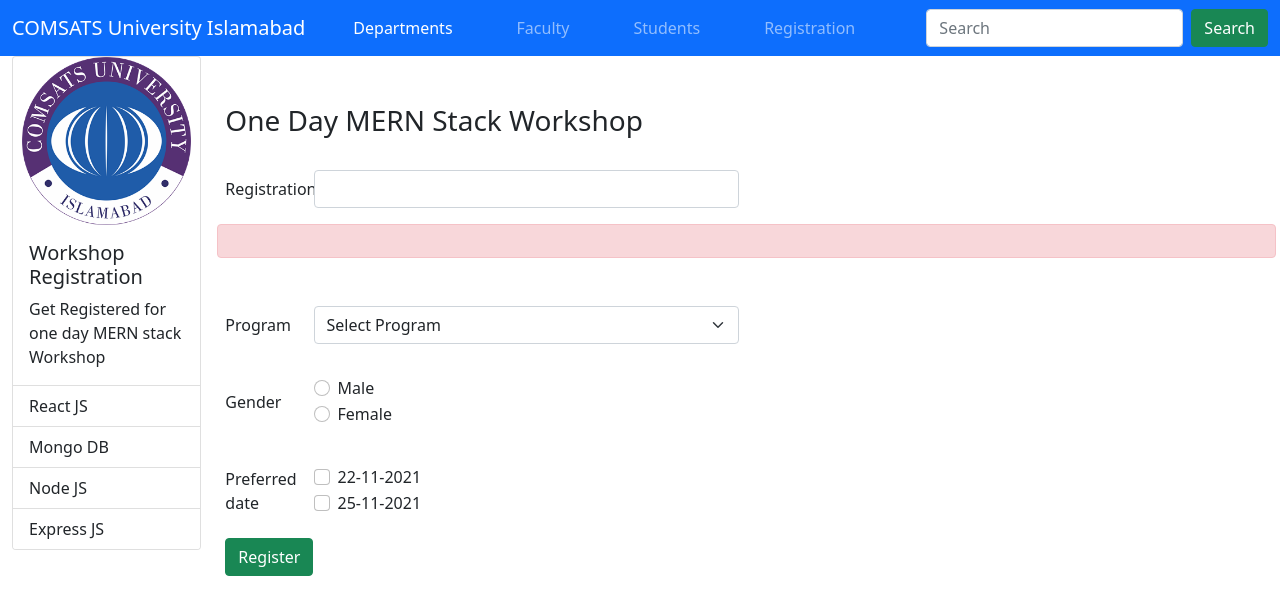
Repository: SaudCh/Web-Mid-Exams
Page: /register
These files come from the project's save history. The page is drawn as it stood at one moment and after the next save; the edit follows.
The browser window is 1280 px wide. The pictures show the whole page.
The project was rebuilt for these pictures with package versions that can differ from the ones it lists, and the page was loaded fresh each time. Also part of the build but not shown: src/Invalid/invalid.jsx, src/Students/student.jsx.

Above is the page before, as saved 2021-11-25 10:52:24.

### src/App.js
import React from "react";
import {
  BrowserRouter as Router,
  Switch,
  Route,
  Redirect,
} from "react-router-dom";
import "../node_modules/bootstrap/dist/css/bootstrap.min.css";
import "../node_modules/bootstrap/dist/js/bootstrap.bundle.min";
import Header from "./Shared/Header";
import SideBar from "./Shared/SideBar";
import Register from "./Register/register";
import Invalid from "./Invalid/invalid";
import Student from "./Students/student";

export default function App() {
  return (
    <Router>
      <Header />
      <div className="container-fluid">
        <div className="row">
          <div className="col-12 col-md-2">
            <SideBar />
          </div>
          <div className="col-12 col-md-10">
            <Switch>
              <Route path="/" exact>
                <div></div>
              </Route>
              <Route path="/register/" exact>
                <Register />
              </Route>
              <Route path="/invalid/" exact>
                <Invalid />
              </Route>
              <Route path="/list/:register/:program/:gender/:date" exact>
                <Student />
              </Route>
              <Redirect to="/invalid/" />
            </Switch>
          </div>
        </div>
      </div>
    </Router>
  );
}

### src/Shared/Header.jsx
import React from "react";
import { Link } from "react-router-dom";
export default function Header() {
  return (
    <nav class="navbar navbar-expand-lg navbar-dark bg-primary">
      <div class="container-fluid">
        <Link to="/" class="navbar-brand" href="#">
          COMSATS University Islamabad
        </Link>
        <button
          class="navbar-toggler"
          type="button"
          data-bs-toggle="collapse"
          data-bs-target="#navbarSupportedContent"
          aria-controls="navbarSupportedContent"
          aria-expanded="false"
          aria-label="Toggle navigation"
        >
          <span class="navbar-toggler-icon"></span>
        </button>
        <div class="collapse navbar-collapse" id="navbarSupportedContent">
          <ul class="navbar-nav me-auto mb-2 mb-lg-0">
            <li class="nav-item mx-md-4">
              <Link to="/" class="nav-link active" aria-current="page" href="#">
                Departments
              </Link>
            </li>
            <li class="nav-item mx-md-4">
              <Link to="/" class="nav-link" href="#">
                Faculty
              </Link>
            </li>

            <li class="nav-item mx-md-4">
              <Link
                to="/list/sp19-bcs-078/BCS/Male/22-11-201"
                class="nav-link"
                href="#"
                tabindex="-1"
                aria-disabled="true"
              >
                Students
              </Link>
            </li>
            <li class="nav-item mx-md-4">
              <Link
                to="/register/"
                class="nav-link"
                href="#"
                tabindex="-1"
                aria-disabled="true"
              >
                Registration
              </Link>
            </li>
          </ul>
          <form class="d-flex">
            <input
              class="form-control me-2"
              type="search"
              placeholder="Search"
              aria-label="Search"
            />
            <button
              class="btn btn-outline-success btn-success text-white"
              type="submit"
            >
              Search
            </button>
          </form>
        </div>
      </div>
    </nav>
  );
}

### src/Shared/SideBar.jsx
import React from "react";
import logo from "../public/comsats-logo.png";

export default function SideBar() {
  return (
    <div class="card">
      <img
        src={logo}
        class="card-img-top"
        style={{ width: "90%", alignSelf: "center" }}
        alt="..."
      />
      <div class="card-body">
        <h5 class="card-title">Workshop Registration</h5>
        <p class="card-text">Get Registered for one day MERN stack Workshop</p>
      </div>
      <ul class="list-group list-group-flush">
        <li class="list-group-item">React JS</li>
        <li class="list-group-item">Mongo DB</li>
        <li class="list-group-item">Node JS</li>
        <li class="list-group-item">Express JS</li>
      </ul>
    </div>
  );
}

### src/Register/register.jsx
import React, { useRef, useState } from "react";
import { Link, useHistory } from "react-router-dom";
import { Formik } from "formik";

export default function Register() {
  const Registration = useRef();
  const Program = useRef();
  const male = useRef();
  const history = useHistory();

  const handleSubmit = (e) => {
    e.preventDefault();

    history.push(
      `/list/${Registration.current.value}/${Program.current.value}/male/22-11-2021`
    );
  };
  return (
    <div className="my-5">
      <h3>One Day MERN Stack Workshop</h3>
      <Formik
        initialValues={{ registration: "", password: "" }}
        validate={(values) => {
          const errors = {};
          if (!values.registration) {
            errors.registration = "Required";
          } else if (
            !/^[A-Z0-9._%+-]+@[A-Z0-9.-]+\.[A-Z]{2,}$/i.test(
              values.registration
            )
          ) {
            errors.registration = "Invalid Registration address";
          }
          return errors;
        }}
        onSubmit={(values, { setSubmitting }) => {
          setTimeout(() => {
            alert(JSON.stringify(values, null, 2));
            setSubmitting(false);
          }, 400);
        }}
      >
        {({
          values,
          errors,
          touched,
          handleChange,
          handleBlur,
          handleSubmit,
          isSubmitting,
          /* and other goodies */
        }) => (
          <form onSubmit={handleSubmit}>
            {/*********Registration********** */}
            <div class="row g-3 align-items-center my-3">
              <div class="col-1">
                <label for="registration" class="col-form-label">
                  Registration
                </label>
              </div>
              <div class="col-5">
                <input
                  type="text"
                  id="registration"
                  class="form-control"
                  aria-describedby="passwordHelpInline"
                  ref={Registration}
                  name="registration"
                />
              </div>
              <div class="alert alert-danger" role="alert">
                {errors.registration &&
                  touched.registration &&
                  errors.registration}
              </div>
            </div>
            {/*********Program****** */}
            <div class="row g-3 align-items-center my-3">
              <div class="col-1">
                <label for="program" class="col-form-label">
                  Program
                </label>
              </div>
              <div class="col-5">
                <select ref={Program} id="program" class="form-select">
                  <option value="0">Select Program</option>
                  <option value="BsCS">BsCS</option>
                  <option value="BsCE">BsSE</option>
                </select>
              </div>
            </div>
            {/*********Gender****** */}
            <div class="row g-3 align-items-center my-3">
              <div class="col-1">
                <label for="gender" class="col-form-label">
                  Gender
                </label>
              </div>
              <div class="col-5">
                <div class="form-check">
                  <input
                    class="form-check-input"
                    type="radio"
                    name="gender"
                    value="male"
                    id="gender"
                    ref={male}
                  />
                  <label class="form-check-label" for="flexRadioDefault1">
                    Male
                  </label>
                </div>
                <div class="form-check">
                  <input
                    class="form-check-input"
                    type="radio"
                    name="gender"
                    value="female"
                    id="gender"
                    ref={male}
                  />
                  <label class="form-check-label" for="flexRadioDefault2">
                    Female
                  </label>
                </div>
              </div>
            </div>
            {/*********Date****** */}
            <div class="row g-3 align-items-center my-3">
              <div class="col-1 ">
                <label for="date" class="col-form-label">
                  Preferred date
                </label>
              </div>
              <div class="col-5">
                <div class="form-check">
                  <input
                    class="form-check-input"
                    type="checkbox"
                    value="22-11-2021"
                    id="flexCheckDefault"
                  />
                  <label class="form-check-label" for="flexCheckDefault">
                    22-11-2021
                  </label>
                </div>
                <div class="form-check">
                  <input
                    class="form-check-input"
                    type="checkbox"
                    value="25-11-2021"
                    id="flexCheckChecked"
                  />
                  <label class="form-check-label" for="flexCheckChecked">
                    25-11-2021
                  </label>
                </div>
              </div>
            </div>
            {/*********Button********* */}
            <div>
              <button className="btn btn-success">Register</button>
            </div>
          </form>
        )}
      </Formik>
    </div>
  );
}

Loaded but not shown: public/index.html (common file); src/index.js (common file); src/index.css (common file); src/reportWebVitals.js (common file)

After the next save:
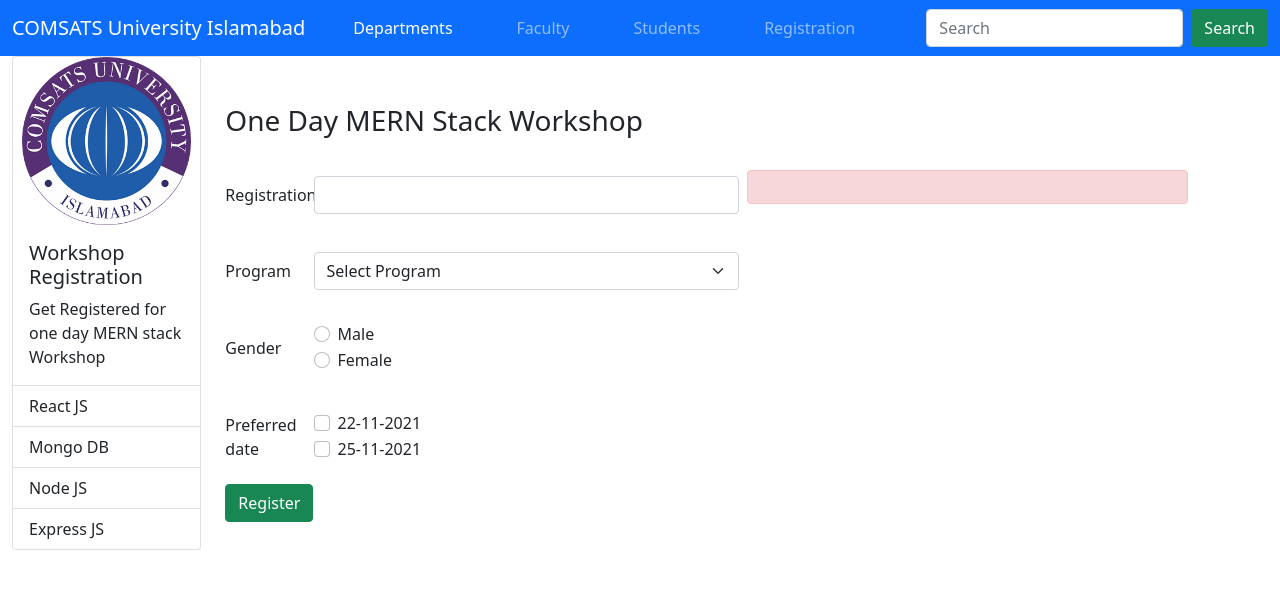
Saved 83 s later.
--- a/src/Register/register.jsx
+++ b/src/Register/register.jsx
@@ -68,7 +68,7 @@
                   name="registration"
                 />
               </div>
-              <div class="alert alert-danger" role="alert">
+              <div class="alert alert-danger col-5" role="alert">
                 {errors.registration &&
                   touched.registration &&
                   errors.registration}
